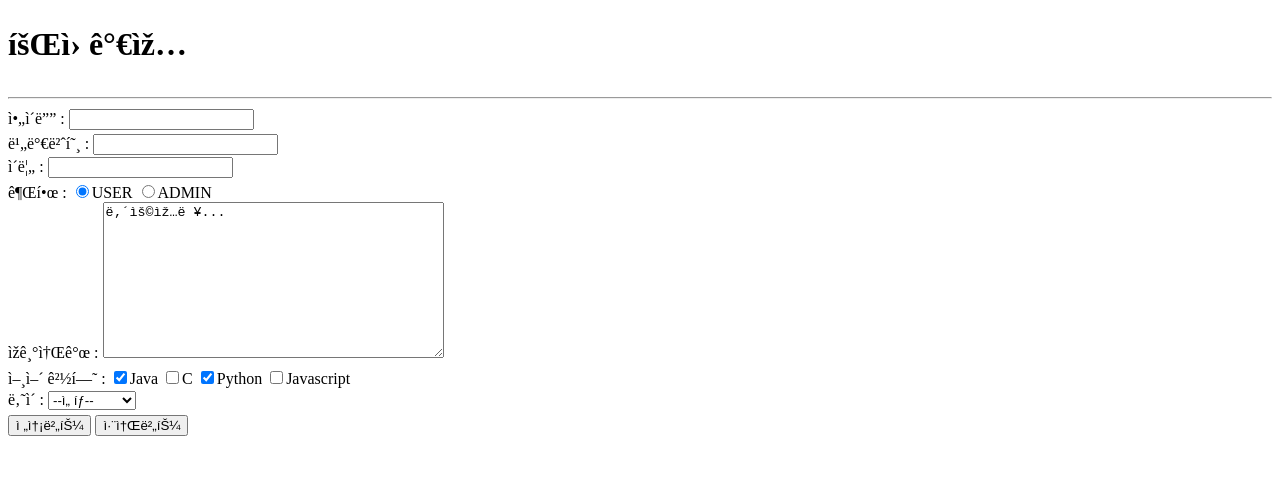
Repository: serim53/JSPStudy
Page: http://localhost/BoardWeb_JSP_/insertUserView.do
An editor plug-in stored every save of this project. The page is shown before and after the next save, followed by the edit.
The browser window is 1280 px wide. The pictures show the whole page.
The page is served by Tomcat 10. Other server files are loaded and not shown.

Above is the page before, as saved 2025-07-08 04:52:11.

### BoardWeb(JSP)/src/main/webapp/WEB-INF/board/insertUser.jsp
<!DOCTYPE html PUBLIC "-//W3C//DTD HTML 4.01 Transitional//EN" "http://www.w3.org/TR/html4/loose.dtd">
<html>
<head>
<meta http-equiv="Content-Type" content="text/html; charset=UTF-8">
<title>회원가입</title>
</head>
<body>
<h1>회원 가입</h1>
<hr>
<form action="insertUser.do" method="get">
아이디 : <input type="text" size="20"/><br>
비밀번호 : <input type="password" size="20"/><br>
이름 : <input type="text"/><br>
권한 : <input name="role" type="radio" checked/>USER
      <input name="role" type="radio"/>ADMIN<br>
자기소개 : <textarea rows="10" cols="40">내용입력...</textarea><br>
언어 경험 : <input type="checkbox" checked/>Java
		  <input type="checkbox"/>C
		  <input type="checkbox" checked/>Python
		  <input type="checkbox"/>Javascript<br>
나이 : <select>
		<option>--선택--
		<option>10대
		<option>20대
		<option>30대
		<option>40대
		<option>50대
		<option>60대 이상
	  </select><br>
<input type="submit" value="전송버튼"/>
<input type="reset" value="취소버튼"/>
</form>
</body>
</html>

### BoardWeb(JSP)/src/main/java/com/multicampus/web/DispatcherServlet.java
package com.multicampus.web;

import java.io.IOException;
import java.util.List;

import com.multicampus.biz.board.BoardDAO;
import com.multicampus.biz.board.BoardVO;
import com.multicampus.biz.user.UserDAO;
import com.multicampus.biz.user.UserVO;

import jakarta.servlet.RequestDispatcher;
import jakarta.servlet.ServletConfig;
import jakarta.servlet.ServletException;
import jakarta.servlet.annotation.WebServlet;
import jakarta.servlet.http.HttpServlet;
import jakarta.servlet.http.HttpServletRequest;
import jakarta.servlet.http.HttpServletResponse;
import jakarta.servlet.http.HttpSession;

@WebServlet(urlPatterns = { "*.do" })
public class DispatcherServlet extends HttpServlet {
	private static final long serialVersionUID = 1L;

	private HandlerMapping handlerMapping;
	private ViewResolver viewResolver;

	public void init(ServletConfig config) throws ServletException {
		handlerMapping = new HandlerMapping();
		viewResolver = new ViewResolver("/WEB-INF/board/", ".jsp");
	}

	protected void service(HttpServletRequest request, HttpServletResponse response) throws ServletException, IOException {
		// 1. 브라우저의 요청 path 정보를 추출한다.
		String uri = request.getRequestURI();
		String path = uri.substring(uri.lastIndexOf("/"));
		System.out.println(path);

		// 2. HandlerMapping을 통해 요청을 처리할 Controller를 검색한다.
		Controller ctrl = handlerMapping.getController(path);

		// 3. 검색한 Controller를 실행한다.
		String viewName = ctrl.handleRequest(request, response);

		// 4. Controller가 리턴한 View 이름을 기반으로 이동할 화면 경로를 완성한다.
		String view = null;
		if(!viewName.contains(".do")) {
			if(viewName.equals("index")) {
				view = viewName + ".jsp";
			} else {
				view = viewResolver.getView(viewName);
			}
		} else {
			view = viewName;
		}

		// 5. 화면 이동한다.
		RequestDispatcher rd = request.getRequestDispatcher(view);
		rd.forward(request, response);
	}

}

### BoardWeb(JSP)/src/main/java/com/multicampus/web/Controller.java
package com.multicampus.web;

import jakarta.servlet.http.HttpServletRequest;
import jakarta.servlet.http.HttpServletResponse;

public interface Controller {

	String handleRequest(HttpServletRequest request, HttpServletResponse response);

}

### BoardWeb(JSP)/src/main/java/com/multicampus/web/user/InsertUserViewController.java
package com.multicampus.web.user;

import com.multicampus.web.Controller;

import jakarta.servlet.http.HttpServletRequest;
import jakarta.servlet.http.HttpServletResponse;

public class InsertUserViewController implements Controller {

	@Override
	public String handleRequest(HttpServletRequest request, HttpServletResponse response) {
		System.out.println("회원가입 화면으로 이동");

		return "insertUser";
	}

}

### BoardWeb(JSP)/src/main/java/com/multicampus/web/user/InsertUserController.java
package com.multicampus.web.user;

import com.multicampus.biz.user.UserDAO;
import com.multicampus.biz.user.UserVO;
import com.multicampus.web.Controller;

import jakarta.servlet.http.HttpServletRequest;
import jakarta.servlet.http.HttpServletResponse;

public class InsertUserController implements Controller {

	@Override
	public String handleRequest(HttpServletRequest request, HttpServletResponse response) {
		System.out.println("회원 가입 기능 처리");

		// 1. 사용자 입력정보 추출
		String id = request.getParameter("id");
		String password = request.getParameter("password");
		String name = request.getParameter("name");
		String role = request.getParameter("role");

		// 2. DB 연동 처리
		UserVO vo = new UserVO();
		vo.setId(id);
		vo.setPassword(password);
		vo.setName(name);
		vo.setRole(role);

		UserDAO dao = new UserDAO();
		dao.insertUser(vo);

		// 3. 화면 이동
		return "index";
	}

}

### BoardWeb(JSP)/src/main/java/com/multicampus/web/user/LoginViewController.java
package com.multicampus.web.user;

import com.multicampus.web.Controller;

import jakarta.servlet.http.HttpServletRequest;
import jakarta.servlet.http.HttpServletResponse;

public class LoginViewController implements Controller {

	@Override
	public String handleRequest(HttpServletRequest request, HttpServletResponse response) {
		System.out.println("로그인 화면으로 이동");

		return "login";
	}

}

### BoardWeb(JSP)/src/main/java/com/multicampus/web/user/LoginController.java
package com.multicampus.web.user;

import com.multicampus.biz.user.UserDAO;
import com.multicampus.biz.user.UserVO;
import com.multicampus.web.Controller;

import jakarta.servlet.http.HttpServletRequest;
import jakarta.servlet.http.HttpServletResponse;
import jakarta.servlet.http.HttpSession;

public class LoginController implements Controller {

	@Override
	public String handleRequest(HttpServletRequest request, HttpServletResponse response) {
		System.out.println("로그인 기능 처리");

		// 1. 사용자 입력정보 추출
		String id = request.getParameter("id");
		String password = request.getParameter("password");

		// 2. DB 연동 처리
		UserVO vo = new UserVO();
		vo.setId(id);
		vo.setPassword(password);

		UserDAO dao = new UserDAO();
		UserVO user = dao.getUser(vo);

		// 3. 화면 이동
		if(user != null) {
			// 로그인 성공
			HttpSession session = request.getSession();
			session.setAttribute("user", user);
			return "getBoardList.do";
		} else {
			// 로그인 실패
			return "loginView.do";
		}

	}

}

### BoardWeb(JSP)/src/main/java/com/multicampus/web/user/LogoutController.java
package com.multicampus.web.user;

import com.multicampus.web.Controller;

import jakarta.servlet.http.HttpServletRequest;
import jakarta.servlet.http.HttpServletResponse;
import jakarta.servlet.http.HttpSession;

public class LogoutController implements Controller {

	@Override
	public String handleRequest(HttpServletRequest request, HttpServletResponse response) {
		System.out.println("로그아웃 기능 처리");

		// 로그아웃을 요청한 브라우저와 매핑된 세션을 강제로 종료한다.
		HttpSession session = request.getSession();
		session.invalidate();

		// 화면 이동
		return "index";

	}

}

### BoardWeb(JSP)/src/main/java/com/multicampus/web/board/InsertBoardViewController.java
package com.multicampus.web.board;

import com.multicampus.web.Controller;

import jakarta.servlet.http.HttpServletRequest;
import jakarta.servlet.http.HttpServletResponse;

public class InsertBoardViewController implements Controller {

	@Override
	public String handleRequest(HttpServletRequest request, HttpServletResponse response) {
		System.out.println("글 등록 화면으로 이동");

		return "insertBoard";
	}

}

### BoardWeb(JSP)/src/main/java/com/multicampus/web/board/InsertBoardController.java
package com.multicampus.web.board;

import com.multicampus.biz.board.BoardDAO;
import com.multicampus.biz.board.BoardVO;
import com.multicampus.web.Controller;

import jakarta.servlet.http.HttpServletRequest;
import jakarta.servlet.http.HttpServletResponse;

public class InsertBoardController implements Controller {

	@Override
	public String handleRequest(HttpServletRequest request, HttpServletResponse response) {
		System.out.println("글 등록 기능 처리");

		// 1. 사용자 입력정보 추출
		String title = request.getParameter("title");
		String writer = request.getParameter("writer");
		String content = request.getParameter("content");

		// 2. DB 연동 처리
		BoardVO vo = new BoardVO();
		vo.setTitle(title);
		vo.setWriter(writer);
		vo.setContent(content);

		BoardDAO dao = new BoardDAO();
		dao.insertBoard(vo);

		// 3. 화면 이동
		return "getBoardList.do";

	}

}

### BoardWeb(JSP)/src/main/java/com/multicampus/web/board/UpdateBoardController.java
package com.multicampus.web.board;

import com.multicampus.biz.board.BoardDAO;
import com.multicampus.biz.board.BoardVO;
import com.multicampus.web.Controller;

import jakarta.servlet.http.HttpServletRequest;
import jakarta.servlet.http.HttpServletResponse;

public class UpdateBoardController implements Controller {

	@Override
	public String handleRequest(HttpServletRequest request, HttpServletResponse response) {
		System.out.println("글 수정 기능 처리");

		// 1. 사용자 입력정보 추출
		String title = request.getParameter("title");
		String seq = request.getParameter("seq");
		String content = request.getParameter("content");

		// 2. DB 연동 처리
		BoardVO vo = new BoardVO();
		vo.setTitle(title);
		vo.setSeq(Integer.parseInt(seq));
		vo.setContent(content);

		BoardDAO dao = new BoardDAO();
		dao.updateBoard(vo);

		// 3. 화면 이동
		return "getBoardList.do";
	}

}

### BoardWeb(JSP)/src/main/java/com/multicampus/web/board/DeleteBoardController.java
package com.multicampus.web.board;

import com.multicampus.biz.board.BoardDAO;
import com.multicampus.biz.board.BoardVO;
import com.multicampus.web.Controller;

import jakarta.servlet.http.HttpServletRequest;
import jakarta.servlet.http.HttpServletResponse;

public class DeleteBoardController implements Controller {

	@Override
	public String handleRequest(HttpServletRequest request, HttpServletResponse response) {
		System.out.println("글 삭제 기능 처리");

		// 1. 사용자 입력정보 추출
		String seq = request.getParameter("seq");

		// 2. DB 연동 처리
		BoardVO vo = new BoardVO();
		vo.setSeq(Integer.parseInt(seq));

		BoardDAO dao = new BoardDAO();
		dao.deleteBoard(vo);

		// 3. 화면 이동
		return "getBoardList.do";
	}

}

### BoardWeb(JSP)/src/main/java/com/multicampus/web/board/GetBoardController.java
package com.multicampus.web.board;

import com.multicampus.biz.board.BoardDAO;
import com.multicampus.biz.board.BoardVO;
import com.multicampus.web.Controller;

import jakarta.servlet.http.HttpServletRequest;
import jakarta.servlet.http.HttpServletResponse;

public class GetBoardController implements Controller {

	@Override
	public String handleRequest(HttpServletRequest request, HttpServletResponse response) {
		System.out.println("글 상세 조회 기능 처리");

		// 1. 사용자 입력정보 추출
		String seq = request.getParameter("seq");

		// 2. DB 연동 처리
		BoardVO vo = new BoardVO();
		vo.setSeq(Integer.parseInt(seq));

		BoardDAO dao = new BoardDAO();
		BoardVO board = dao.getBoard(vo);

		// 3. Model(DAO)을 통해 검색한 데이터를 View(JSP)에서 사용할 수 있도록 request에 등록한다.
		request.setAttribute("board", board);

		// 4. 화면 이동
		return "getBoard";
	}

}

### BoardWeb(JSP)/src/main/java/com/multicampus/web/board/GetBoardListController.java
package com.multicampus.web.board;

import java.util.List;

import com.multicampus.biz.board.BoardDAO;
import com.multicampus.biz.board.BoardVO;
import com.multicampus.web.Controller;

import jakarta.servlet.http.HttpServletRequest;
import jakarta.servlet.http.HttpServletResponse;

public class GetBoardListController implements Controller {

	@Override
	public String handleRequest(HttpServletRequest request, HttpServletResponse response) {
		System.out.println("글 목록 검색 기능 처리");

		// 1. 사용자 입력정보 추출
		String condition = request.getParameter("condition");
		String keyword = request.getParameter("keyword");

		// null check
		if(condition == null) condition = "title";
		if(keyword == null) keyword = "";

		request.setAttribute("condition", condition);
		request.setAttribute("keyword", keyword);

		// 2. DB 연동 처리
		BoardVO vo = new BoardVO();
		vo.setCondition(condition);
		vo.setKeyword(keyword);

		BoardDAO dao = new BoardDAO();
		List<BoardVO> boardList = dao.getBoardList(vo);

		// 3. Model(DAO)을 이용하여 검색한 데이터를 View(JSP)에서 사용할 수 있도록 request에 등록한다.
		request.setAttribute("boardList", boardList);

		// 4. 화면 이동
		return "getBoardList";

	}

}

After the next save:
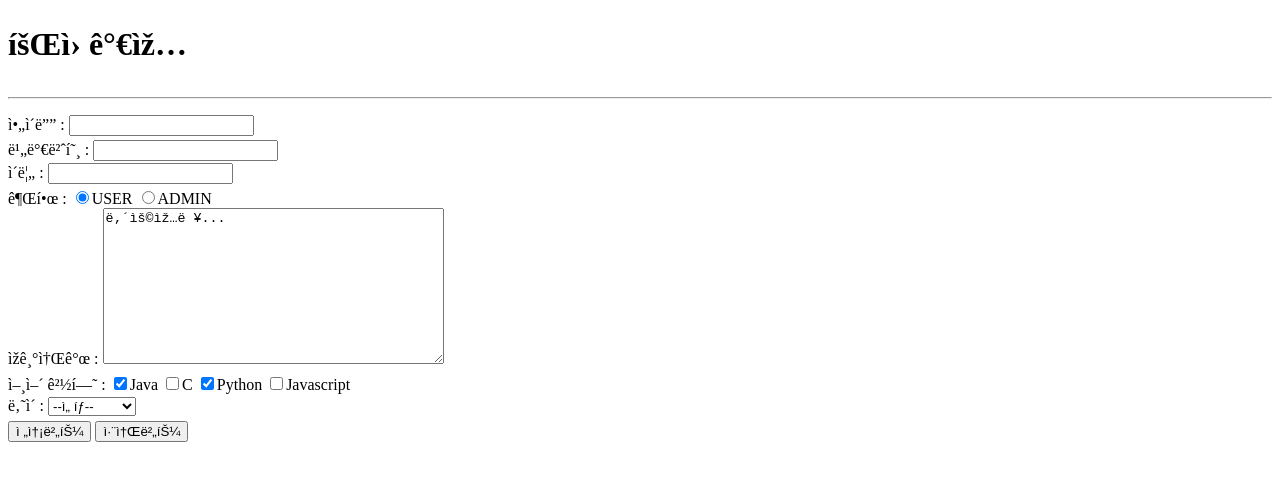
Saved 7 min 46 s later.
--- a/BoardWeb(JSP)/src/main/webapp/WEB-INF/board/insertUser.jsp
+++ b/BoardWeb(JSP)/src/main/webapp/WEB-INF/board/insertUser.jsp
@@ -8,6 +8,10 @@
 <h1>회원 가입</h1>
 <hr>
 <form action="insertUser.do" method="get">
+
+<table>
+	<tr><td></td><td></td></tr>
+</table>
 아이디 : <input type="text" size="20"/><br>
 비밀번호 : <input type="password" size="20"/><br>
 이름 : <input type="text"/><br>
